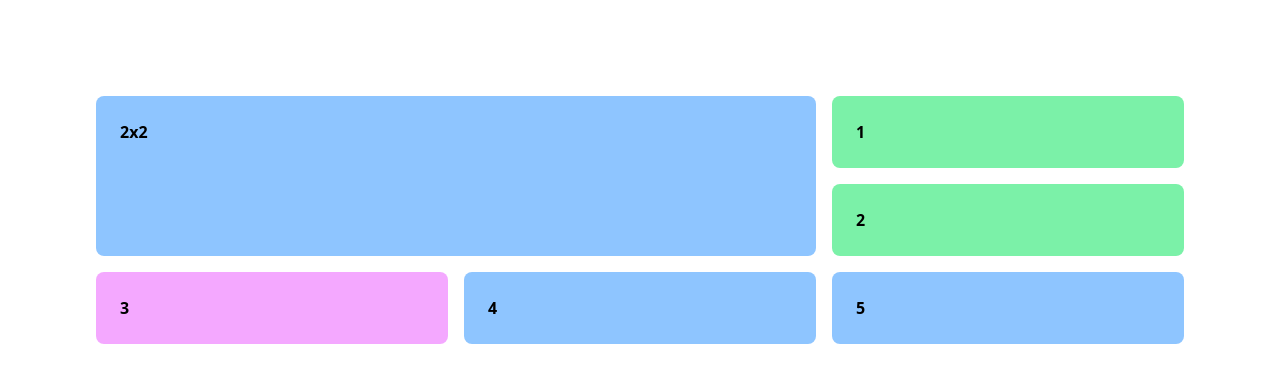
Repository: Abdulahi338/TailwindCss-exercise
Page: Exercise3/index.html
These files come from the project's save history. The page is drawn as it stood at one moment and after the next save; the edit follows.
The browser window is 1280 px wide. The pictures show the whole page.

Above is the page before, as saved 2025-07-27 18:07:37.

### Exercise3/index.html
<!DOCTYPE html>
<html lang="en">
<head>
    <meta charset="UTF-8">
    <meta name="viewport" content="width=device-width, initial-scale=1.0">
        <script src="https://cdn.jsdelivr.net/npm/@tailwindcss/browser@4"></script>

    <title>Exercise 2</title>
</head>
<body>

    <div class="grid grid-cols-3 grid-rwos-3 gap-4 m-24">
        <div class="bg-blue-300 p-6 font-bold col-span-2 row-span-2 rounded-lg"">2x2</div>
        <div class="bg-green-300 p-6 font-bold rounded-lg">1</div>
        <div class="bg-green-300 p-6 font-bold rounded-lg"">2</div>
        <div class="bg-fuchsia-300 p-6 font-bold rounded-lg"">3</div>
        <div class="bg-blue-300 p-6 font-bold rounded-lg"">4</div>
        <div class="bg-blue-300 p-6 font-bold rounded-lg"">5</div>

    </div>


</body>
</html>

After the next save:
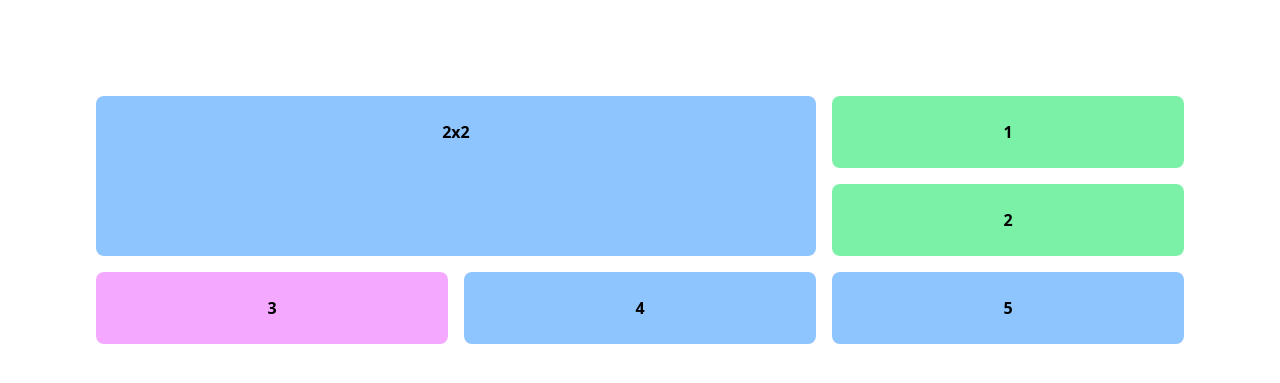
Saved 12 s later.
--- a/Exercise3/index.html
+++ b/Exercise3/index.html
@@ -9,7 +9,7 @@
 </head>
 <body>
 
-    <div class="grid grid-cols-3 grid-rwos-3 gap-4 m-24">
+    <div class="grid grid-cols-3 grid-rwos-3 gap-4 m-24 text-center">
         <div class="bg-blue-300 p-6 font-bold col-span-2 row-span-2 rounded-lg"">2x2</div>
         <div class="bg-green-300 p-6 font-bold rounded-lg">1</div>
         <div class="bg-green-300 p-6 font-bold rounded-lg"">2</div>
